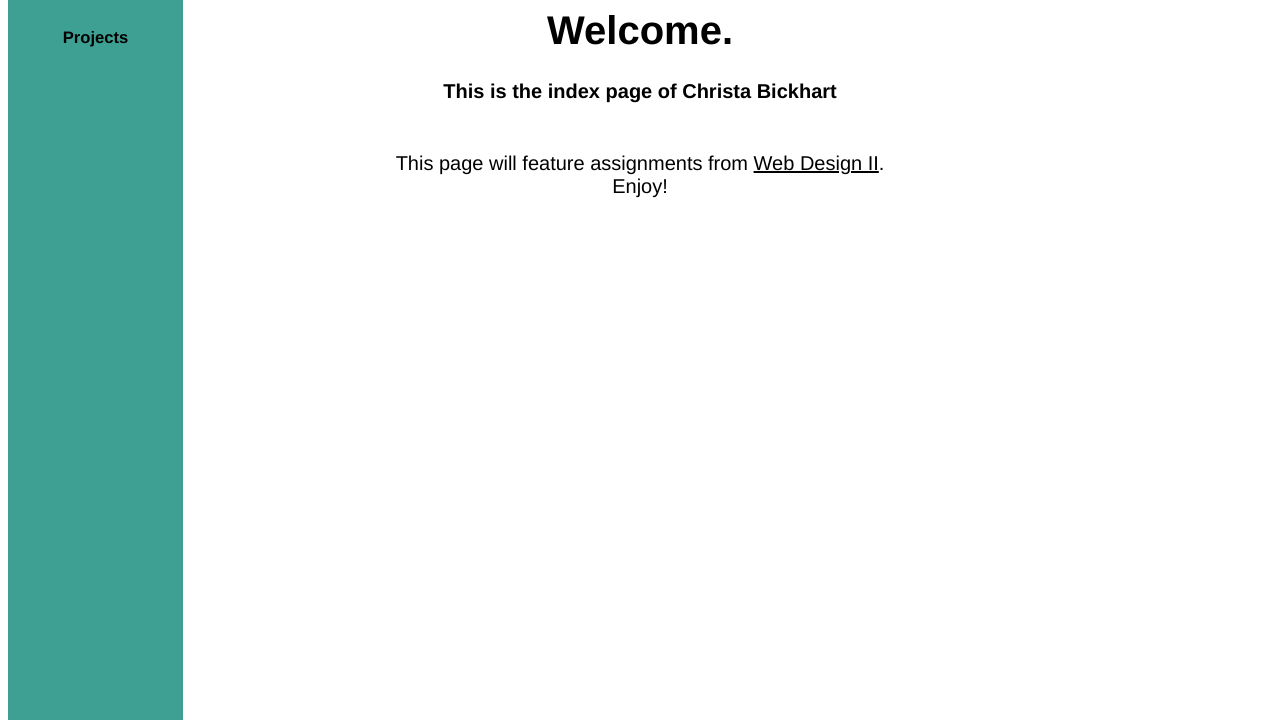
Repository: cbickhar/cbickhar.github.io
Page: index.html
The author's editor kept a record of every edit. The page is drawn from the files as they stood at one moment, then again after the next edit.
The browser window is 1280 px wide. The pictures show the whole page.

Above is the page before.

After the next edit:
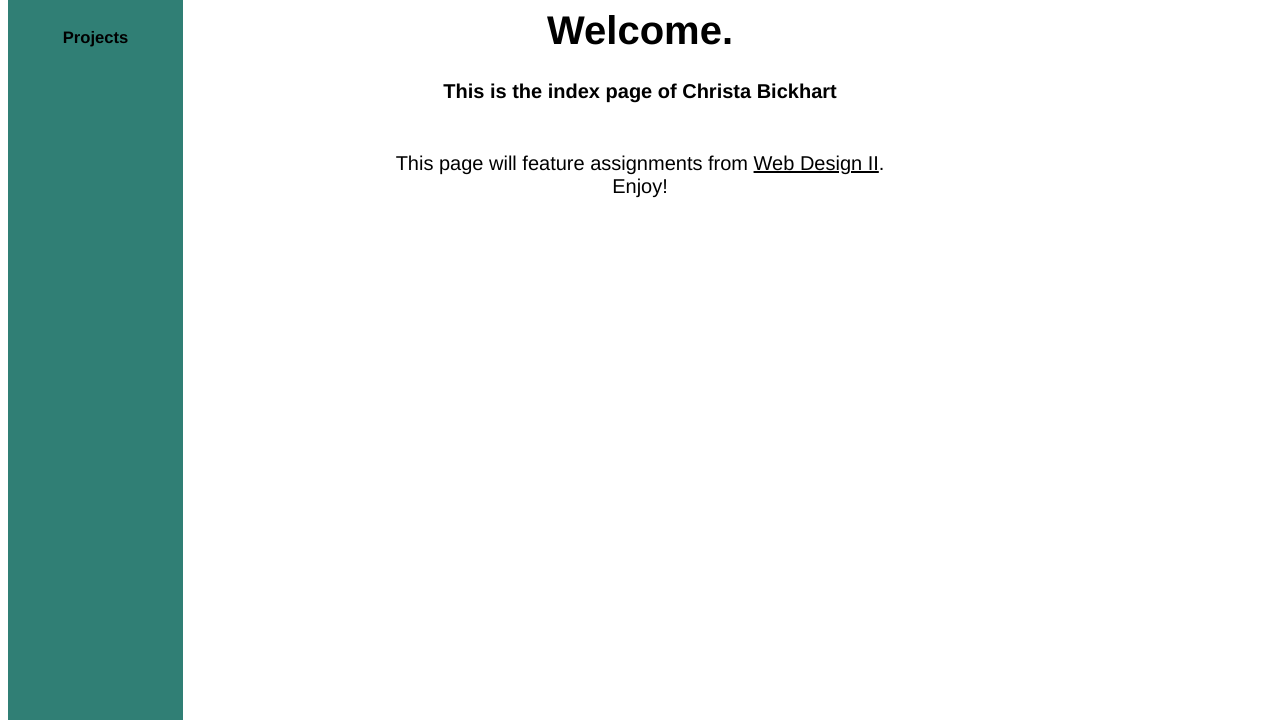
The edit:
--- a/styles.css
+++ b/styles.css
@@ -29,7 +29,7 @@
     font-family: helvetica, sans-serif;
 	font-size: 20px;
 	position: fixed;
-	background-color: #3da093;
+	background-color: #307f75;
 	color: black;
 	width: 175px;
 	height: 100%;
